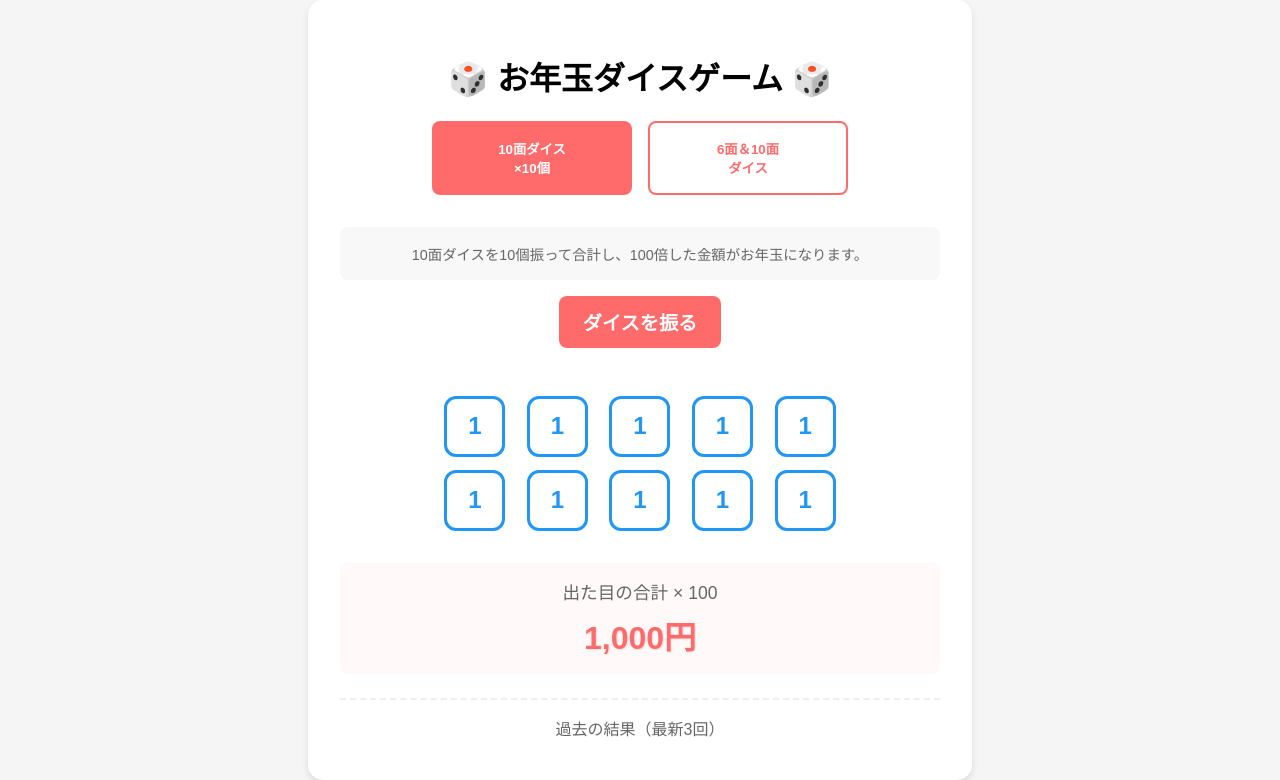
Repository: kigasudayooo/temporary_analysis
Page: newyear/nobu.html
An editor plug-in stored every save of this project. The page is shown before and after the next save, followed by the edit.
The browser window is 1280 px wide. The pictures show the whole page.

Above is the page before, as saved 2025-01-01 02:59:33.

After the next save:
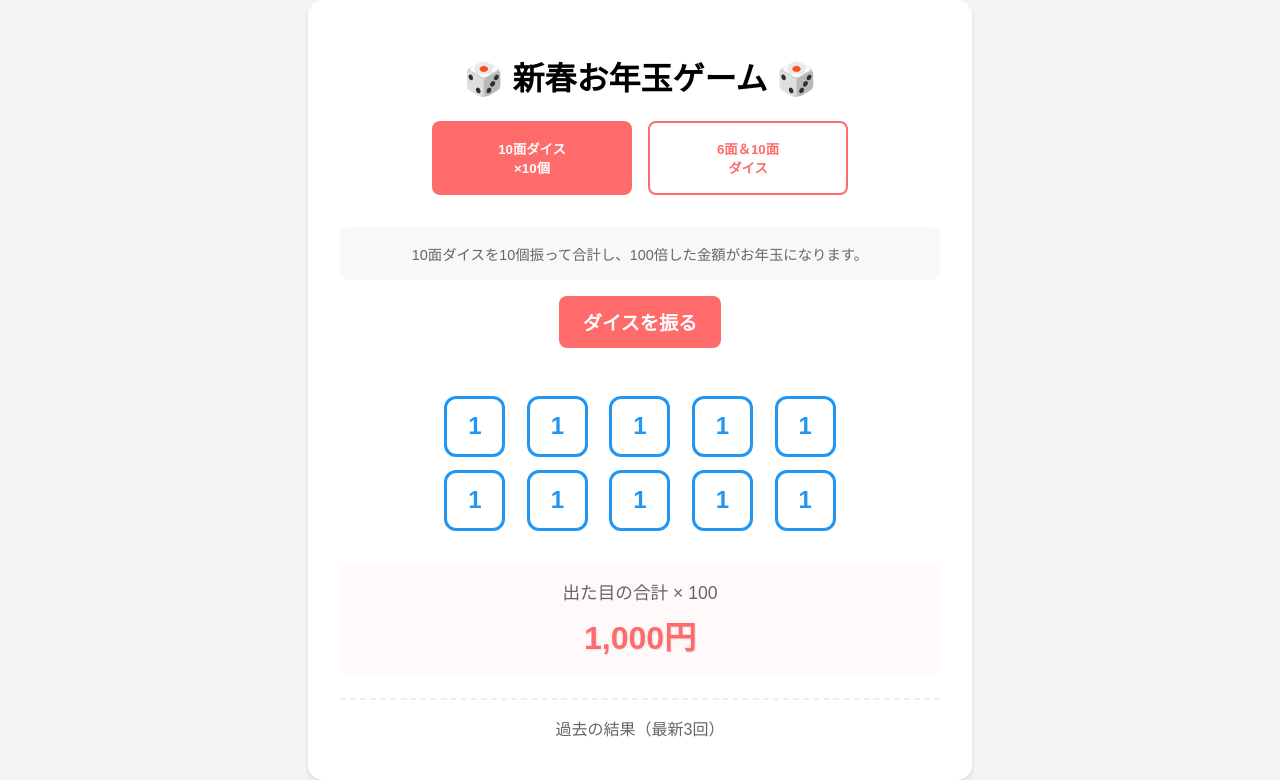
Saved 3 s later.
--- a/newyear/nobu.html
+++ b/newyear/nobu.html
@@ -3,7 +3,7 @@
   <head>
     <meta charset="UTF-8" />
     <meta name="viewport" content="width=device-width, initial-scale=1.0" />
-    <title>お年玉ダイスゲーム</title>
+    <title>新春お年玉ゲーム</title>
     <style>
       body {
         font-family: "Hiragino Sans", "Meiryo", sans-serif;
@@ -184,7 +184,7 @@
   </head>
   <body>
     <div class="container">
-      <h1>🎲 お年玉ダイスゲーム 🎲</h1>
+      <h1>🎲 新春お年玉ゲーム 🎲</h1>
 
       <div class="mode-selector">
         <button
